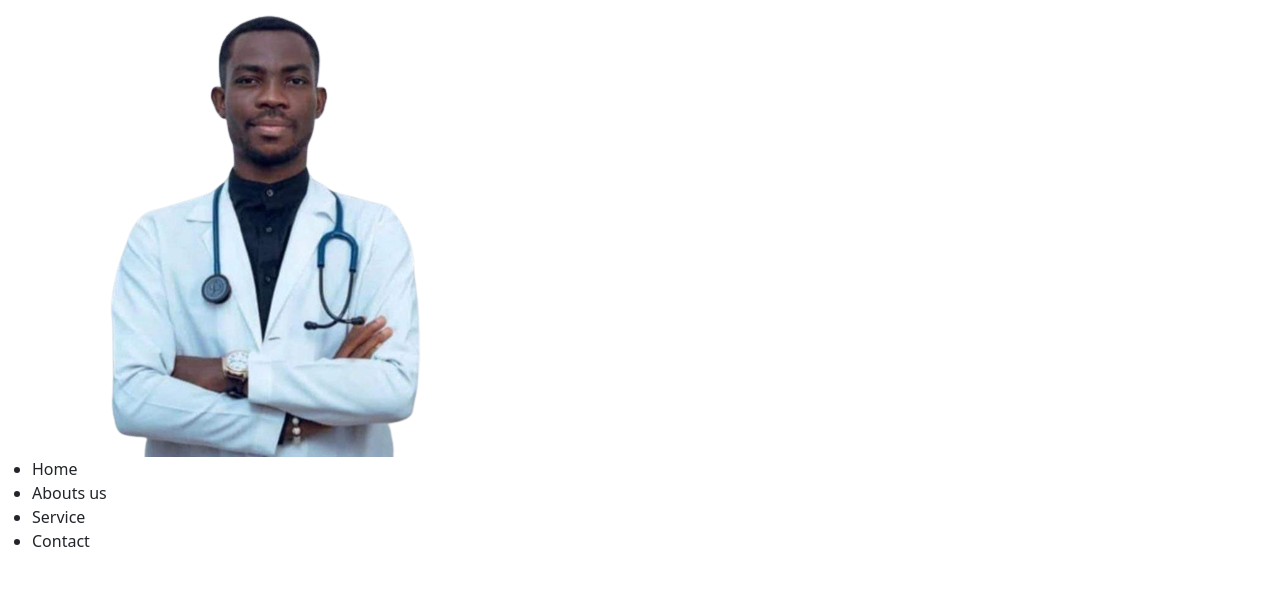
Repository: ChidexStanley/MEDIXT-AI
Page: home.html
The author's editor kept a copy of each file at every save. The page is drawn from the files as they stood at one save, then again after the next save.
The browser window is 1280 px wide. The pictures show the whole page.

Above is the page before, as saved 2024-07-15 01:32:18.

After the next save:
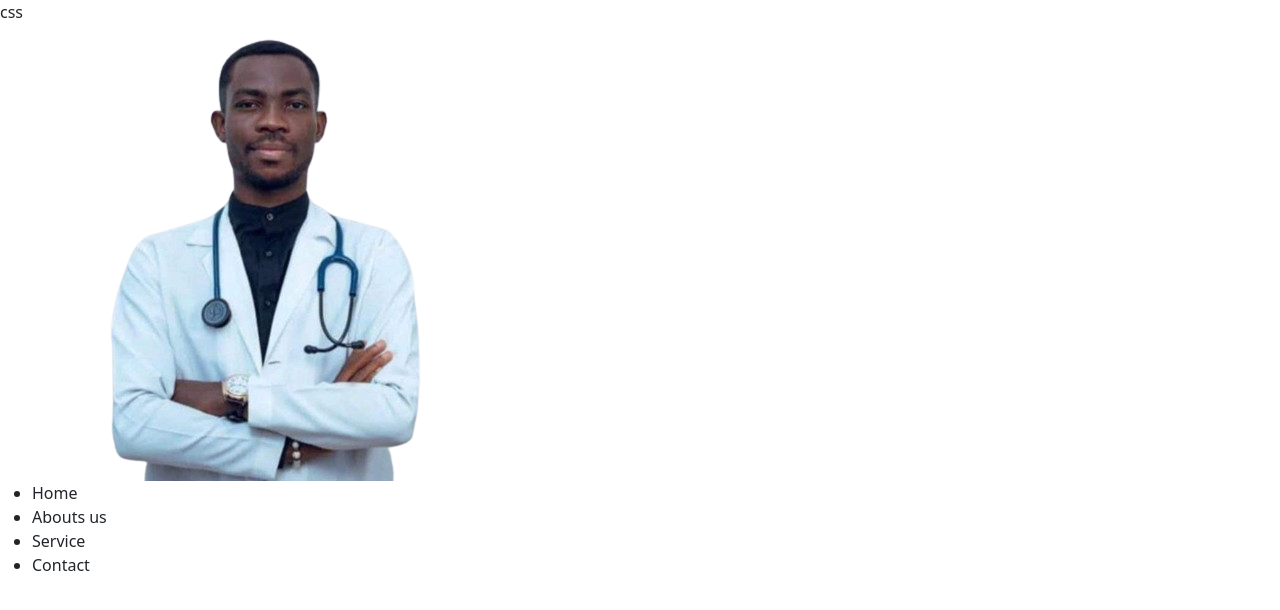
Saved 29 s later.
--- a/home.html
+++ b/home.html
@@ -16,6 +16,8 @@
     <link
         href="https://fonts.googleapis.com/css2?family=Poppins:ital,wght@0,100;0,200;0,300;0,400;0,500;0,600;0,700;0,800;0,900;1,100;1,200;1,300;1,400;1,500;1,600;1,700;1,800;1,900&display=swap"
         rel="stylesheet">
+
+        css
 </head>
 
 <body>
